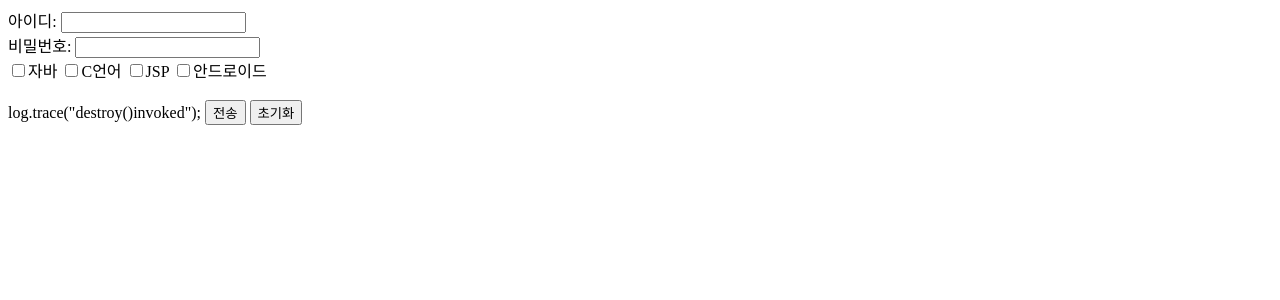
Repository: moonhuicheol/Servlet-JSP
Page: jee-2021-12/pro06/src/main/webapp/input2.html
These files come from the project's save history. The page is drawn as it stood at one moment and after the next save; the edit follows.
The browser window is 1280 px wide. The pictures show the whole page.

Above is the page before, as saved 2022-08-01 11:54:56.

After the next save:
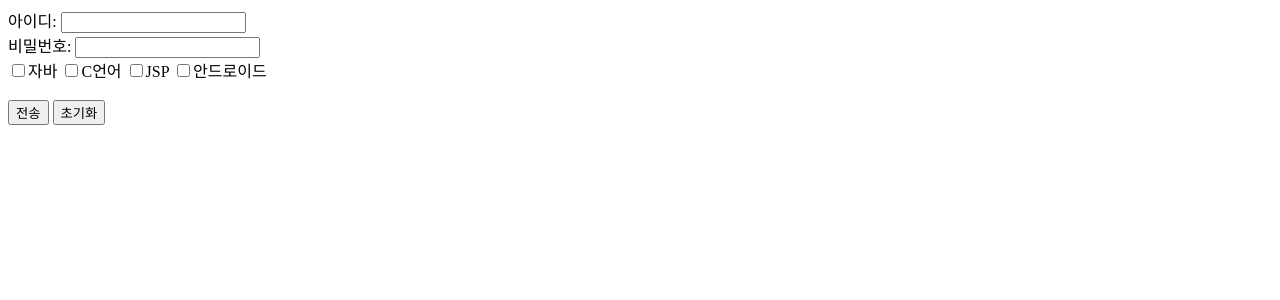
Saved 26 s later.
--- a/jee-2021-12/pro06/src/main/webapp/input2.html
+++ b/jee-2021-12/pro06/src/main/webapp/input2.html
@@ -14,7 +14,7 @@
     <input type="checkbox" name="subject" value="C언어">C언어
     <input type="checkbox" name="subject" value="JSP">JSP
     <input type="checkbox" name="subject" value="안드로이드">안드로이드
-    <br><br>log.trace("destroy()invoked");
+    <br><br>
     <input type="submit" value="전송">
     <input type="reset" value="초기화">
   </form>
